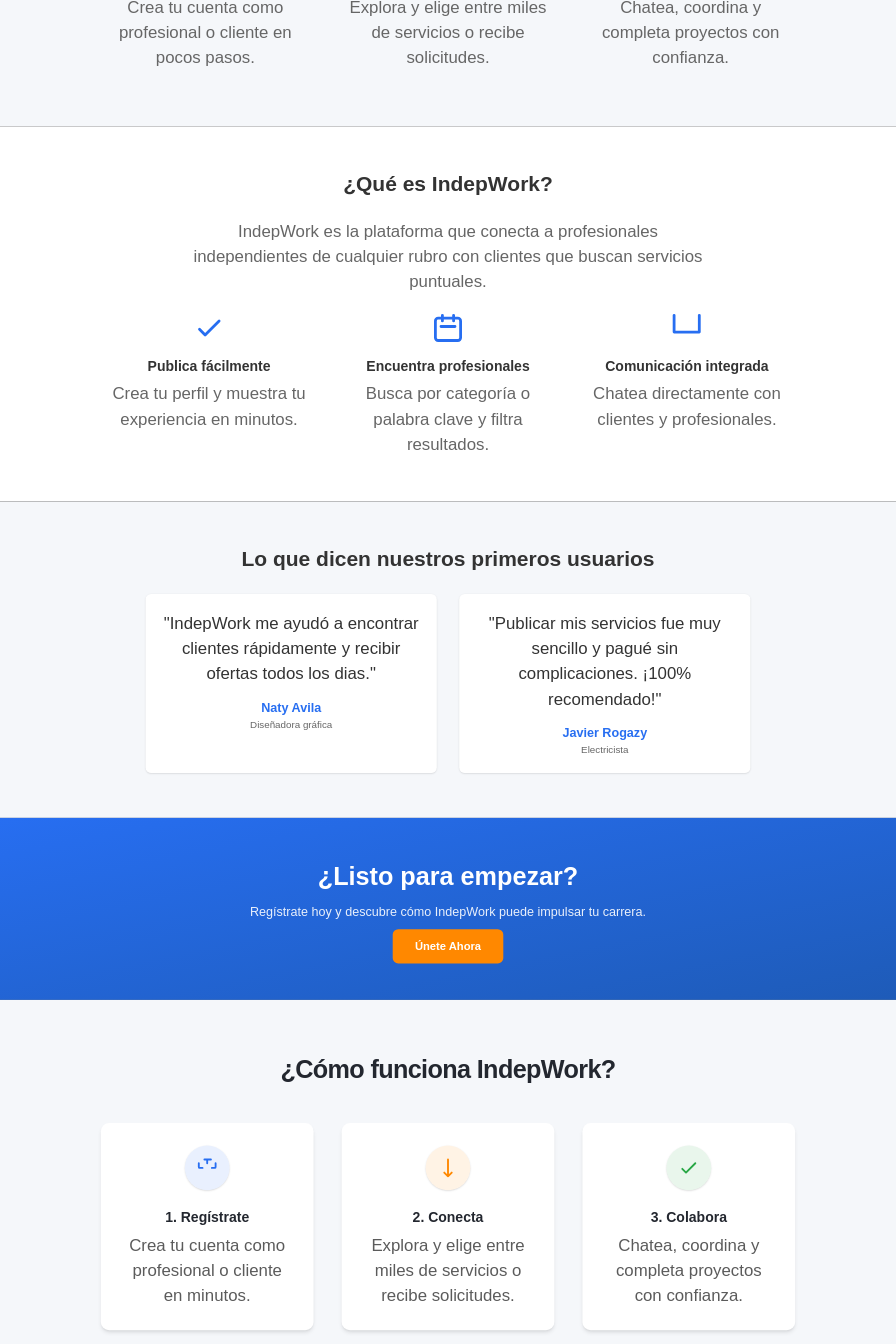
Repository: eikos4/PROSALUD
Page: app/templates/main/index.html
The author's editor kept a copy of each file at every save. The page is drawn from the files as they stood at one save, then again after the next save.
The browser window is 1280 px wide. The pictures show the part of the page from y = 1089 to 3009 px (the page is 4584 px tall before and 3336 px after), at 70% of full size.
Pictures or frames that could not be fetched are drawn as grey boxes. Some web libraries are served in a nearby version. The template is drawn by Flask 3. The application's start-up code is not run. Style sheets and scripts are compiled from the project's sources, by tool versions that may differ from the author's. The template is opened directly, without the code that normally fills it, so the values that code supplies are empty.

Above is the page before, as saved 2025-05-26 23:33:50.
Console error: TypeError: Cannot read properties of null (reading 'addEventListener')

After the next save:
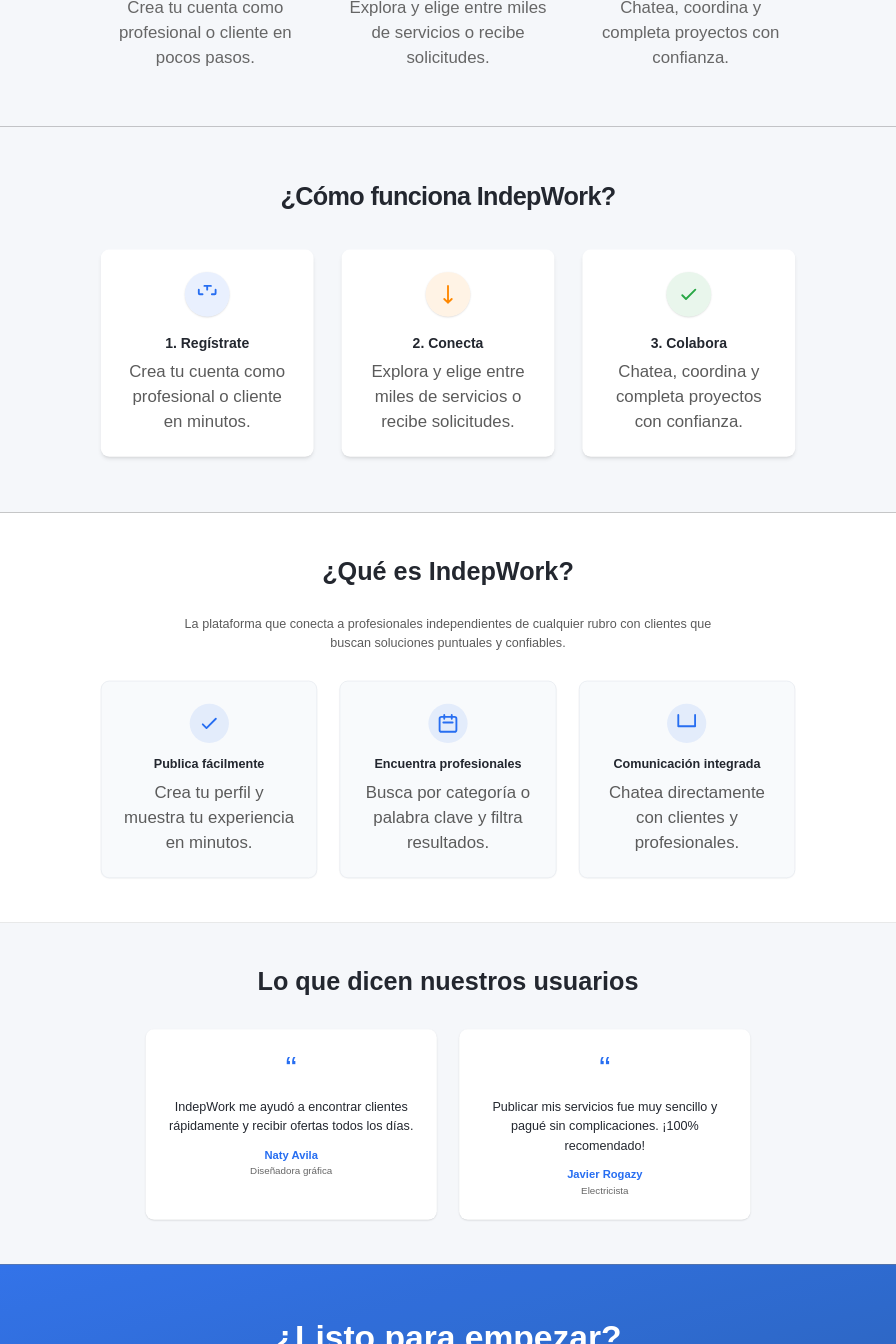
Saved 25 s later.
--- a/app/templates/main/index.html
+++ b/app/templates/main/index.html
@@ -177,72 +177,6 @@
         </p>
       </div>
     </div>
-  </div>
-</section>
-
-<!-- Summary Section -->
-<section class="py-16 bg-white">
-  <div class="max-w-5xl mx-auto px-4 text-center">
-    <h2 class="text-3xl font-bold text-[#333333] mb-8">¿Qué es IndepWork?</h2>
-    <p class="text-[#666666] max-w-3xl mx-auto mb-6">
-      IndepWork es la plataforma que conecta a profesionales independientes de cualquier rubro con clientes que buscan servicios puntuales.
-    </p>
-    <div class="grid gap-8 md:grid-cols-3">
-      <div class="text-center">
-        <svg class="mx-auto h-12 w-12 text-[#276EF1] mb-4" xmlns="http://www.w3.org/2000/svg" fill="none" viewBox="0 0 24 24" stroke="currentColor">
-          <path stroke-linecap="round" stroke-linejoin="round" stroke-width="2" d="M5 13l4 4L19 7" />
-        </svg>
-        <h3 class="text-xl font-semibold text-[#333333] mb-2">Publica fácilmente</h3>
-        <p class="text-[#666666]">Crea tu perfil y muestra tu experiencia en minutos.</p>
-      </div>
-      <div class="text-center">
-        <svg class="mx-auto h-12 w-12 text-[#276EF1] mb-4" xmlns="http://www.w3.org/2000/svg" fill="none" viewBox="0 0 24 24" stroke="currentColor">
-          <path stroke-linecap="round" stroke-linejoin="round" stroke-width="2" d="M8 7V3m8 4V3m-9 8h10M5 21h14a2 2 0 002-2V7a2 2 0 00-2-2H5a2 2 0 00-2 2v12a2 2 0 002 2z" />
-        </svg>
-        <h3 class="text-xl font-semibold text-[#333333] mb-2">Encuentra profesionales</h3>
-        <p class="text-[#666666]">Busca por categoría o palabra clave y filtra resultados.</p>
-      </div>
-      <div class="text-center">
-        <svg class="mx-auto h-12 w-12 text-[#276EF1] mb-4" xmlns="http://www.w3.org/2000/svg" fill="none" viewBox="0 0 24 24" stroke="currentColor">
-          <path stroke-linecap="round" stroke-linejoin="round" stroke-width="2" d="M3 3v12h18V3" />
-        </svg>
-        <h3 class="text-xl font-semibold text-[#333333] mb-2">Comunicación integrada</h3>
-        <p class="text-[#666666]">Chatea directamente con clientes y profesionales.</p>
-      </div>
-    </div>
-  </div>
-</section>
-
-<!-- Testimonials Section -->
-<section class="py-16 bg-[#F5F7FA]">
-  <div class="max-w-4xl mx-auto px-4">
-    <h2 class="text-3xl font-bold text-[#333333] text-center mb-8">Lo que dicen nuestros primeros usuarios</h2>
-    <div class="grid gap-8 md:grid-cols-2">
-      <div class="bg-white p-6 rounded-lg shadow">
-        <p class="text-[#333333] mb-4">"IndepWork me ayudó a encontrar clientes rápidamente y recibir ofertas todos los dias."</p>
-        <h3 class="text-lg font-semibold text-[#276EF1]">Naty Avila</h3>
-        <p class="text-sm text-[#666666]">Diseñadora gráfica</p>
-      </div>
-      <div class="bg-white p-6 rounded-lg shadow">
-        <p class="text-[#333333] mb-4">"Publicar mis servicios fue muy sencillo y pagué sin complicaciones. ¡100% recomendado!"</p>
-        <h3 class="text-lg font-semibold text-[#276EF1]">Javier Rogazy</h3>
-        <p class="text-sm text-[#666666]">Electricista</p>
-      </div>
-    </div>
-  </div>
-</section>
-
-<!-- Final Call to Action -->
-<section class="py-16 bg-gradient-to-br from-[#276EF1] to-[#1E5BB8]">
-  <div class="text-center px-4">
-    <h2 class="text-4xl font-bold text-white mb-4">¿Listo para empezar?</h2>
-    <p class="text-lg text-white/90 mb-6">
-      Regístrate hoy y descubre cómo IndepWork puede impulsar tu carrera.
-    </p>
-    <a href="{{ url_for('auth.register') }}"
-       class="px-8 py-4 bg-[#FF8800] hover:bg-[#CC7700] text-white rounded-lg font-semibold transition">
-      Únete Ahora
-    </a>
   </div>
 </section>
 
